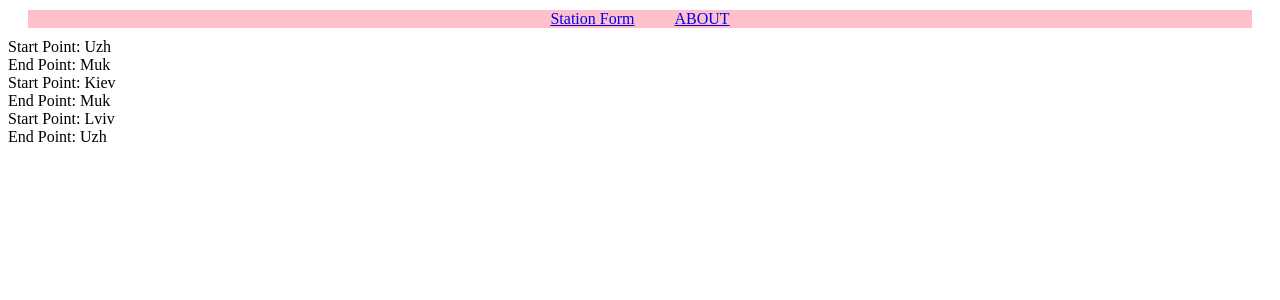
Repository: rutsguifd/mkr2
Page: /#/station-form
An editor plug-in stored every save of this project. The page is shown before and after the next save, followed by the edit.
The browser window is 1280 px wide. The pictures show the whole page.
The project was rebuilt for these pictures with package versions that can differ from the ones it lists, and the page was loaded fresh each time. Also part of the build but not shown: src/views/Home.vue, src/views/About.vue.

Above is the page before, as saved 2021-12-21 19:49:48.

After the next save:
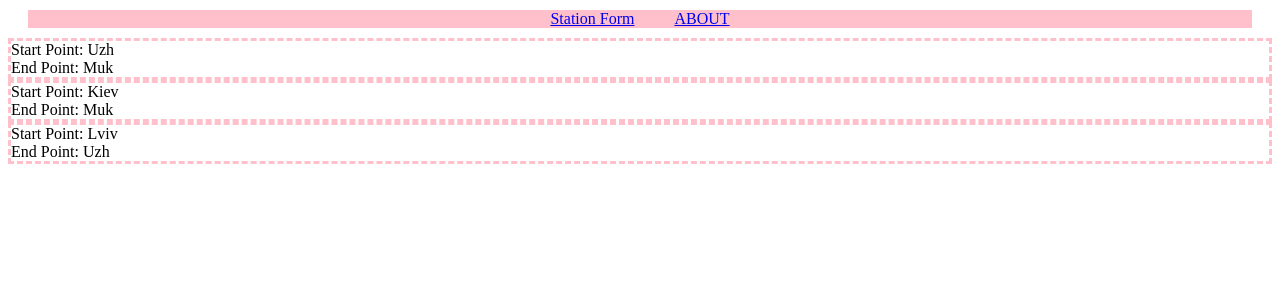
Saved 11 s later.
--- a/src/components/TripCard.vue
+++ b/src/components/TripCard.vue
@@ -15,6 +15,6 @@
 
 <style lang="scss" scoped>
 .card{
-    border: 3px dashed pink 50%;
+    border: 3px dashed pink;
 }
 </style>
